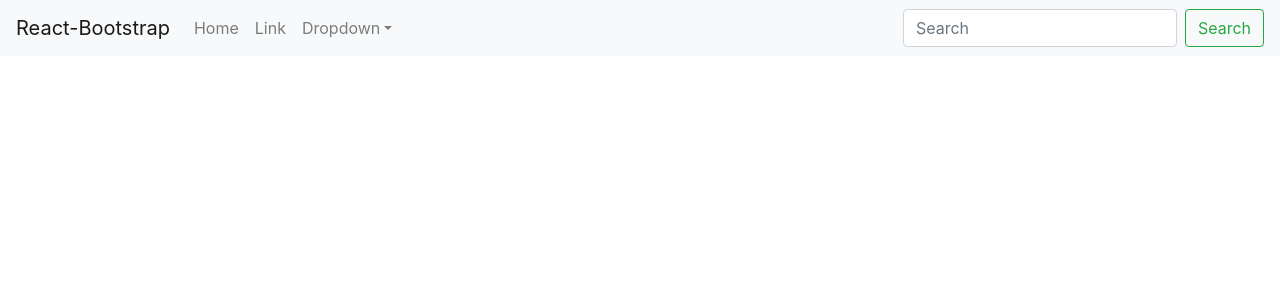
Repository: lalji-yadav/Nimapinfotech-demo-project
Page: /
An editor plug-in stored every save of this project. The page is shown before and after the next save, followed by the edit.
The browser window is 1280 px wide. The pictures show the whole page.
The project was rebuilt for these pictures with package versions that can differ from the ones it lists, and the page was loaded fresh each time. Also part of the build but not shown: src/App.css.

Above is the page before, as saved 2021-01-16 16:45:41.

After the next save:
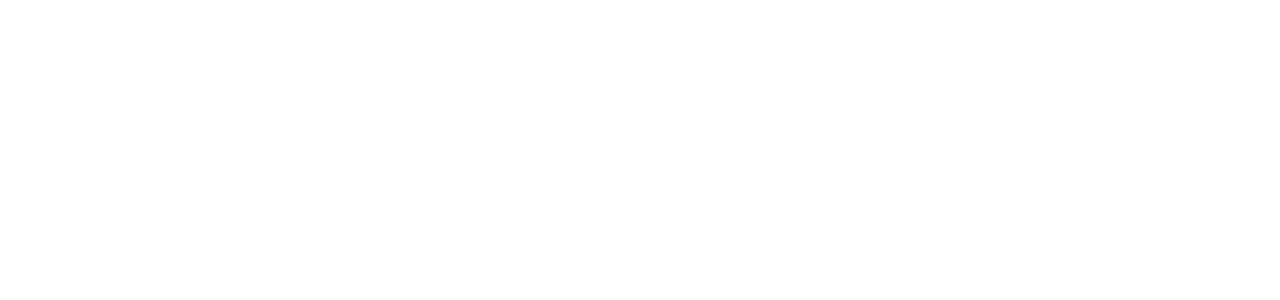
Saved 4 s later.
--- a/src/App.js
+++ b/src/App.js
@@ -1,31 +1,12 @@
 import logo from './logo.svg';
 import './App.css';
-import { Navbar,Nav,NavDropdown,Form,FormControl ,Button } from 'react-bootstrap';
+import Navbar from "./components/Navbars";
+
 
 function App() {
   return (
     <div>
-      <Navbar bg="light" expand="lg">
-  <Navbar.Brand href="#home">React-Bootstrap</Navbar.Brand>
-  <Navbar.Toggle aria-controls="basic-navbar-nav" />
-  <Navbar.Collapse id="basic-navbar-nav">
-    <Nav className="mr-auto">
-      <Nav.Link href="#home">Home</Nav.Link>
-      <Nav.Link href="#link">Link</Nav.Link>
-      <NavDropdown title="Dropdown" id="basic-nav-dropdown">
-        <NavDropdown.Item href="#action/3.1">Action</NavDropdown.Item>
-        <NavDropdown.Item href="#action/3.2">Another action</NavDropdown.Item>
-        <NavDropdown.Item href="#action/3.3">Something</NavDropdown.Item>
-        <NavDropdown.Divider />
-        <NavDropdown.Item href="#action/3.4">Separated link</NavDropdown.Item>
-      </NavDropdown>
-    </Nav>
-    <Form inline>
-      <FormControl type="text" placeholder="Search" className="mr-sm-2" />
-      <Button variant="outline-success">Search</Button>
-    </Form>
-  </Navbar.Collapse>
-</Navbar>
+
     </div>
   );
 }

After the save that followed:
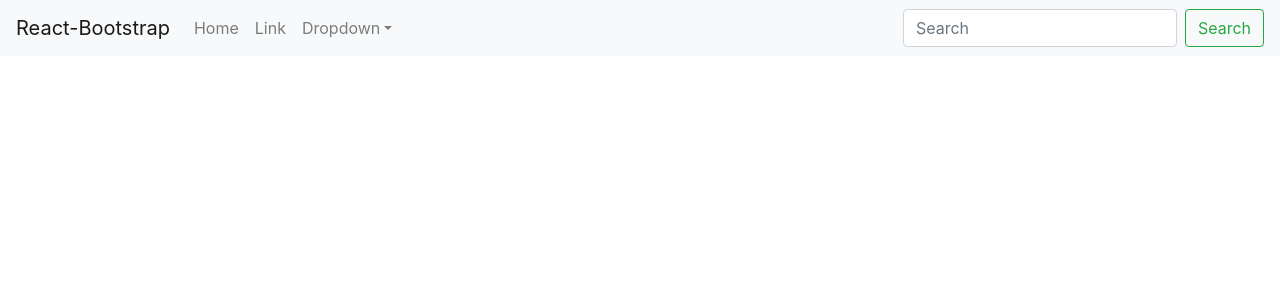
Saved 12 s later.
--- a/src/App.js
+++ b/src/App.js
@@ -7,6 +7,7 @@
   return (
     <div>
 
+    <Navbar />
     </div>
   );
 }
